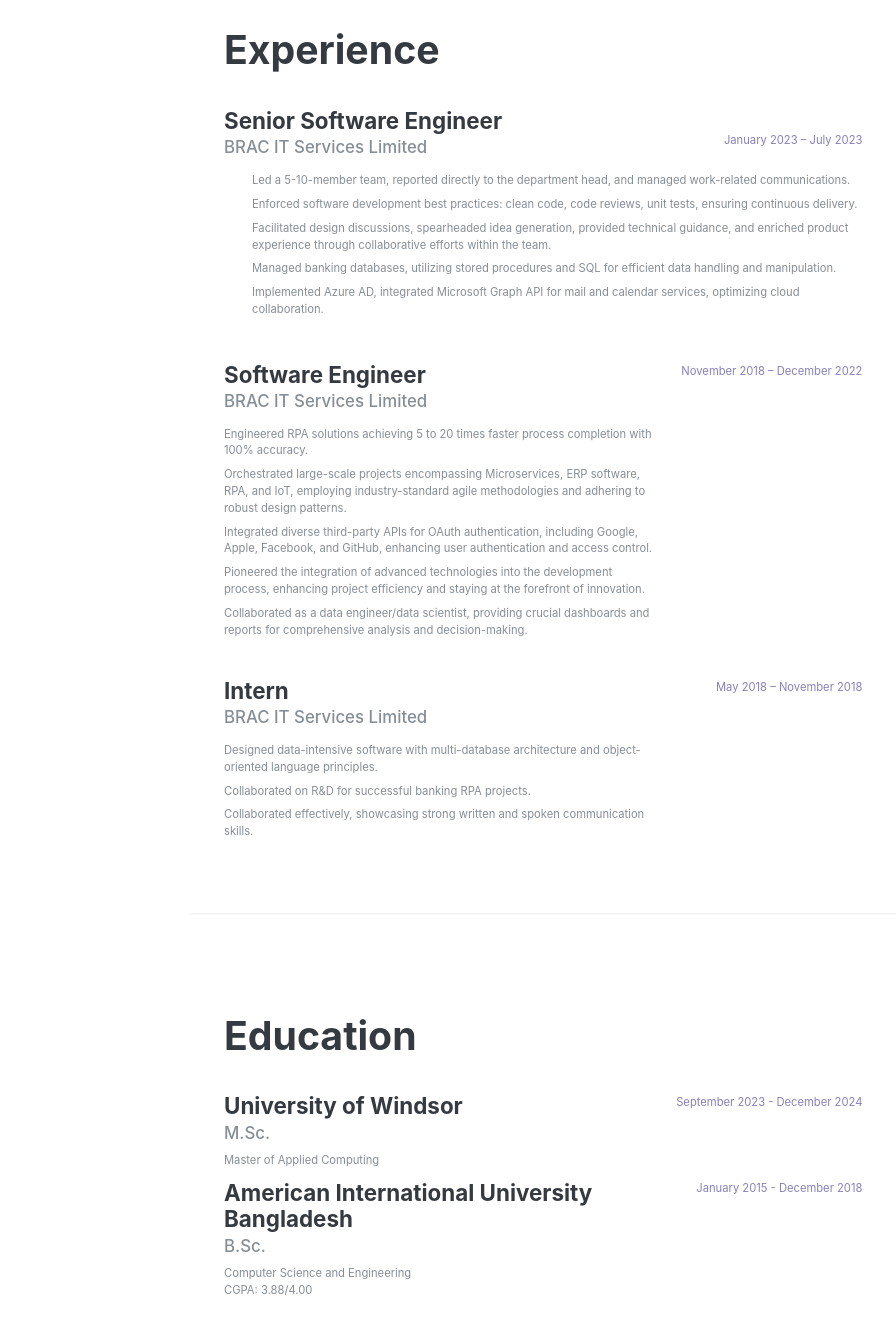
Repository: xahin96/xahin96.github.io
Page: index.html
The author's editor kept a copy of each file at every save. The page is drawn from the files as they stood at one save, then again after the next save.
The browser window is 1280 px wide. The pictures show the part of the page from y = 730 to 2650 px (the page is 5493 px tall before and 5463 px after), at 70% of full size.
Some web fonts or font styles are not loaded; a fallback is used.

Above is the page before, as saved 2024-04-27 12:29:56.

After the next save:
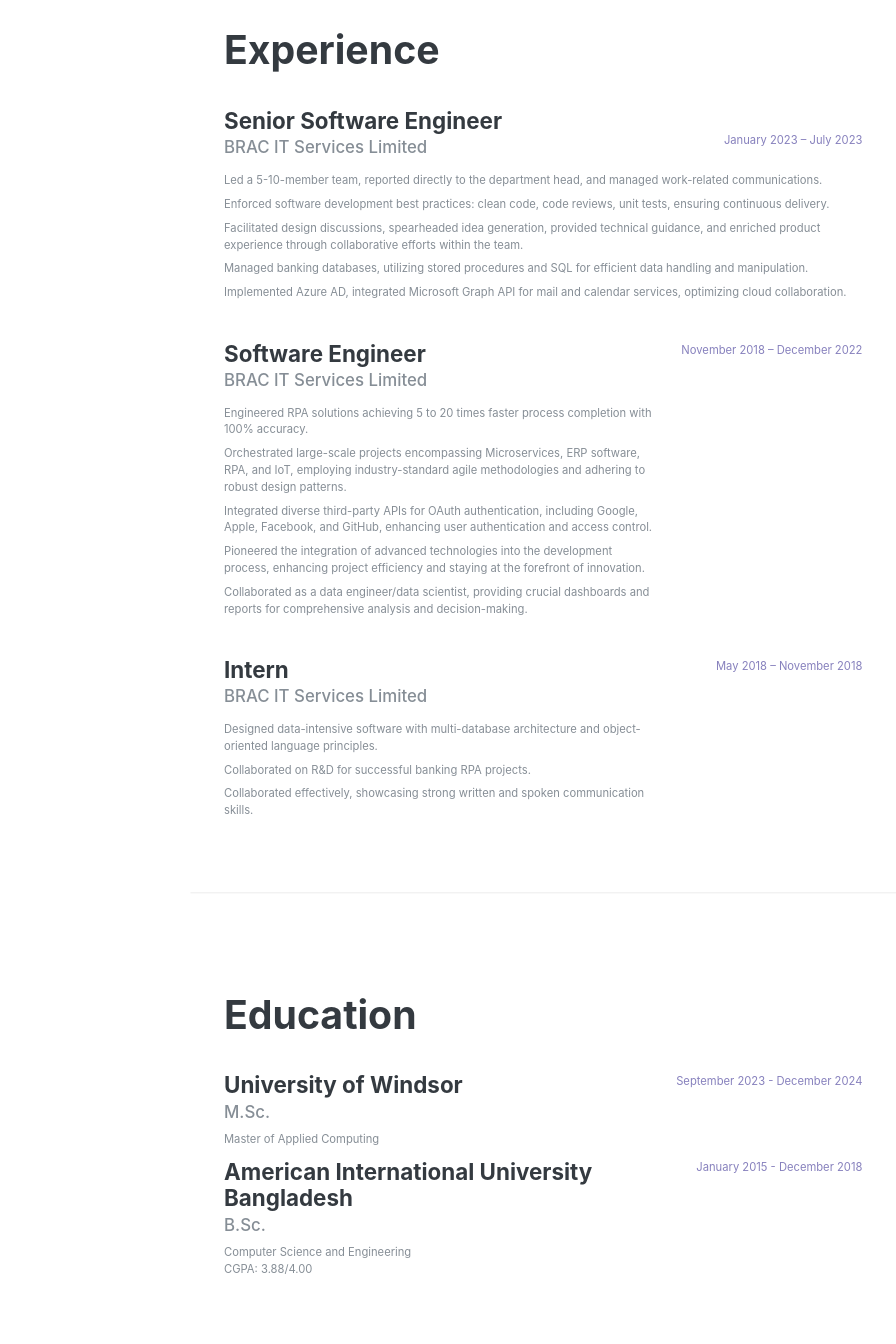
Saved 28 s later.
--- a/css/resume.css
+++ b/css/resume.css
@@ -44,6 +44,11 @@ h3 {
 p.lead {
   font-size: 1.15rem;
   font-weight: 400;
+}
+
+ul{
+  margin: 0;
+  padding: 0;
 }
 
 li{
